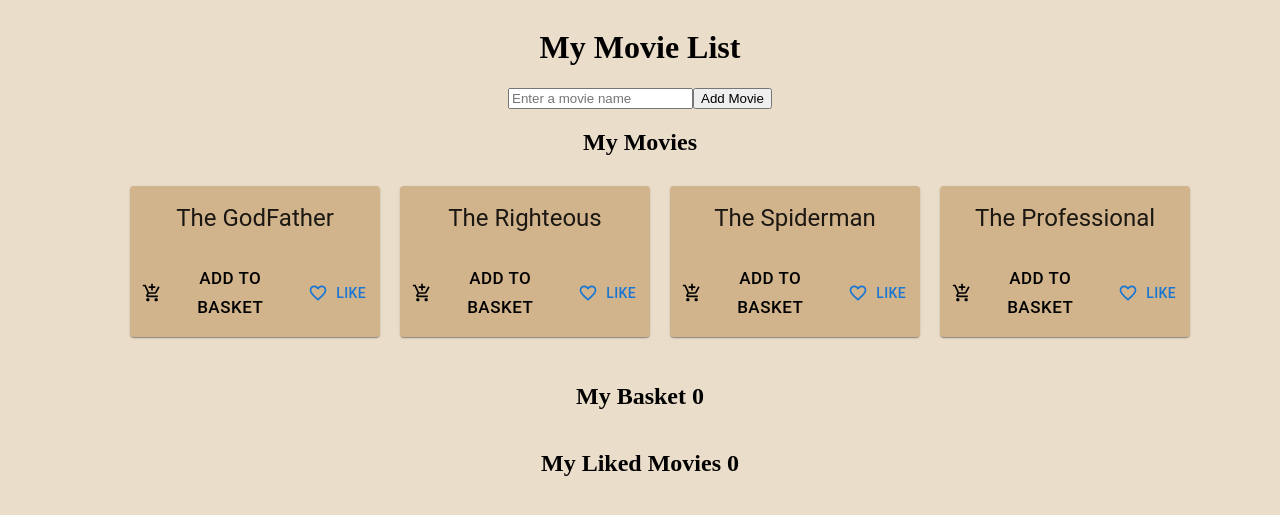
Repository: sinchana-p-iVoyant/redux-movie-store
Page: /
The author's editor kept a copy of each file at every save. The page is drawn from the files as they stood at one save, then again after the next save.
The browser window is 1280 px wide. The pictures show the whole page.
The project was rebuilt for these pictures with package versions that can differ from the ones it lists, and the page was loaded fresh each time. Also part of the build but not shown: vite.config.ts.

Above is the page before, as saved 2024-02-15 12:35:03.

### index.html
<!doctype html>
<html lang="en">
  <head>
    <meta charset="UTF-8" />
    <link rel="icon" type="image/svg+xml" href="/vite.svg" />
    <meta name="viewport" content="width=device-width, initial-scale=1.0" />
    <title>Redux Movie Store</title>
  </head>
  <body>
    <div id="root"></div>
    <script type="module" src="/src/main.tsx"></script>
  </body>
</html>

### src/main.tsx
import React from 'react'
import ReactDOM from 'react-dom/client'
import App from './App.tsx'
// import './index.css'
import store from './store/index';
import { Provider } from 'react-redux'


ReactDOM.createRoot(document.getElementById('root')!).render(
  <React.StrictMode>
    <Provider store={store}>
      <App />
    </Provider>
  </React.StrictMode>,
)

### src/App.tsx
import { useState } from "react";
// import './App.css'
import { useSelector, useDispatch } from "react-redux";
import {Movie} from './store/index'
import {Card, CardComponent, CardActions, Button, Typography, CardContent} from '@mui/material'
import { Favorite, FavoriteBorder, AddShoppingCart, RemoveShoppingCart } from "@mui/icons-material";
import './App.css'

const App = () => {
  const [movieTitle, setMovieTitle] = useState("");

  // 🔥 a. To Trigger from UI.
  const dispatch = useDispatch();

  // 🔥 b. To update the UI, based on state updates in the store.

  // movies state (array)
  // const movies = useSelector(state => state.movies)
  // ------> return value: state.movies

  // Note:
  // The function passed to `useSelector` selects a slice of the state that we are interested in.
  // The function parameter specifies the `structure` of the Redux state object.
  // It's `type` annotated in TypeScript to ensure the type safety.
  // specifying the structure of the Redux state object using TypeScript type annotations enhances code quality, readability, and maintainability while providing additional safety checks and tooling support during development.

  const movies = useSelector(
    (state : {
      movies: { title: string; liked: boolean; inBasket: boolean }[];
    }) => state.movies
  );

  // const basket = useSelector((state) => state.basket);
  const basket = useSelector((state: { basket: string[] }) => state.basket);

  // const likedMovies = useSelector((state) => state.likedMovies);
  const likedMovies = useSelector((state: { likedMovies: string[] }) => state.likedMovies);


  // 4. Action Creator
  const handleAddMovie = () => {
    const newMovie = {
      title: movieTitle,
      inBasket: false,
      liked: false
    }
    dispatch({ type: "ADD_MOVIE", payload: newMovie });
    setMovieTitle(""); // Reset back to Empty String
  };

  const handleAddToBasket = (movie: string) => {
    dispatch({ type: "ADD_TO_BASKET", payload: movie });
  };
  const handleAddToLikedMovies = (movie: string) => {
    dispatch({ type: "ADD_TO_LIKED_MOVIE", payload: movie });
  };

  return (
    <div className="container">
      <div>
        <h1>My Movie List</h1>
      </div>
      <div className="add-movie">
        <input
          type="text"
          placeholder="Enter a movie name"
          value={movieTitle}
          onChange={(e) => setMovieTitle(e.target.value)}
        />
        <button onClick={handleAddMovie}>Add Movie</button>
      </div>
      <div>
        <h2>My Movies</h2>
        <ul className="movie-list">
          {movies.map((movie: Movie, index) => (
            <Card key={index} className="movie-card" style={{backgroundColor: "#D2B48C"}}>
              <CardContent>
                <Typography variant="h5" component='h2'>
                  {movie.title}
                </Typography>
              </CardContent>

              <CardActions >
                <Button style={{ color: 'black', fontSize: '17px' }}
                  startIcon={movie.inBasket ? <RemoveShoppingCart /> : <AddShoppingCart />}
                  onClick={() => handleAddToBasket(movie.title)}>
                  {movie.inBasket ? "Remove From Basket" : "Add To Basket"}
                </Button>
                <Button
                  startIcon={movie.liked ? <Favorite /> : <FavoriteBorder />}
                  onClick={() => handleAddToLikedMovies(movie.title)}>
                  {movie.liked ? "Dislike" : "Like"}
                </Button>
              </CardActions>

            </Card>
          ))}
        </ul>
      </div>
      <div>
        <h2>My Basket {basket.length}</h2>
        <ul>
          {basket.map((basket, index) => (
            <li key={index}>{basket}</li>
          ))}
        </ul>
      </div>
      <div>
        <h2>My Liked Movies {likedMovies.length}</h2>
        <ul>
          {likedMovies.map((likedMovie, index) => (
            <li key={index}>{likedMovie}</li>
          ))}
        </ul>
      </div>
    </div>
  );
};

export default App;

// 1. Save the new movie in the local state.
// 2. Add the new movie in local state to the Store.
// 3. Fetch the movies array, from the store

// 3. a. To display in - My Basket & My Liked Movies

### src/store/index.tsx
import { createStore } from "redux";

export type Movie = {
    title: string,
    inBasket: boolean,
    liked: boolean
}

export type State = {
    movies: Movie[],
    basket: string[],
    likedMovies: string[]
}

type Action =
  | { type: "ADD_MOVIE"; payload: Movie } |
    { type: 'ADD_TO_BASKET', payload: string } |
    { type: "ADD_TO_LIKED_MOVIE", payload: string };

// InitialState
const initialState: State = {
    movies: [
      {title: 'The GodFather', inBasket: false, liked: false},
      {title: 'The Righteous', inBasket: false, liked: false},
      {title: 'The Spiderman', inBasket: false, liked: false},
      {title: 'The Professional', inBasket: false, liked: false},
    ],
    basket: [],
    likedMovies: []
}

// Reducers - Make Immutable Updates
const reducer = (state: State = initialState, action: Action): State => {
  switch (action.type) {
    case 'ADD_MOVIE':
      return {
        ...state,
        movies: [...state.movies, action.payload]
      }
    case 'ADD_TO_BASKET':
      return {
        ...state,
          movies: state.movies.map(movie => movie.title === action.payload ? {...movie, inBasket: !movie.inBasket } : movie),
        basket: state.basket.includes(action.payload) ? state.basket.filter(movie => movie !== action.payload) : [...state.basket, action.payload]
      }
    case 'ADD_TO_LIKED_MOVIE':
      return {
        ...state,
        movies: state.movies.map(movie => movie.title === action.payload ? {...movie, liked: !movie.liked} : movie) ,
        likedMovies: state.likedMovies.includes(action.payload) ? state.likedMovies.filter(movie => movie !== action.payload) :  [...state.likedMovies, action.payload]
      }
    default:
      return state
  }
}

// Store
const store = createStore(reducer)
export default store

// 1. State
// 2. Reducer
// 3. Store

### src/App.css
body {
  background-color: #EADDCA;
}

h1, h2{
  text-align: center;
}

.container {
  display: flex;
  flex-direction: column;
  align-items: center;
  justify-content: center;
}

.movie-list {
  display: flex;
  flex-wrap: wrap;
  justify-content: center;
}

.movie-card {
  width: 250px;
  margin: 10px;
}

.card-content {
  padding: 16px;
}

.card-actions {
  display: flex;
  justify-content: space-between;
}


















/* #root {
  max-width: 1280px;
  margin: 0 auto;
  padding: 2rem;
  text-align: center;
} */

/*
.logo {
  height: 6em;
  padding: 1.5em;
  will-change: filter;
  transition: filter 300ms;
}
.logo:hover {
  filter: drop-shadow(0 0 2em #646cffaa);
}
.logo.react:hover {
  filter: drop-shadow(0 0 2em #61dafbaa);
}

@keyframes logo-spin {
  from {
    transform: rotate(0deg);
  }
  to {
    transform: rotate(360deg);
  }
}

@media (prefers-reduced-motion: no-preference) {
  a:nth-of-type(2) .logo {
    animation: logo-spin infinite 20s linear;
  }
}

.card {
  padding: 2em;
}

.read-the-docs {
  color: #888;
} */

/* ------------------------- */

After the next save:
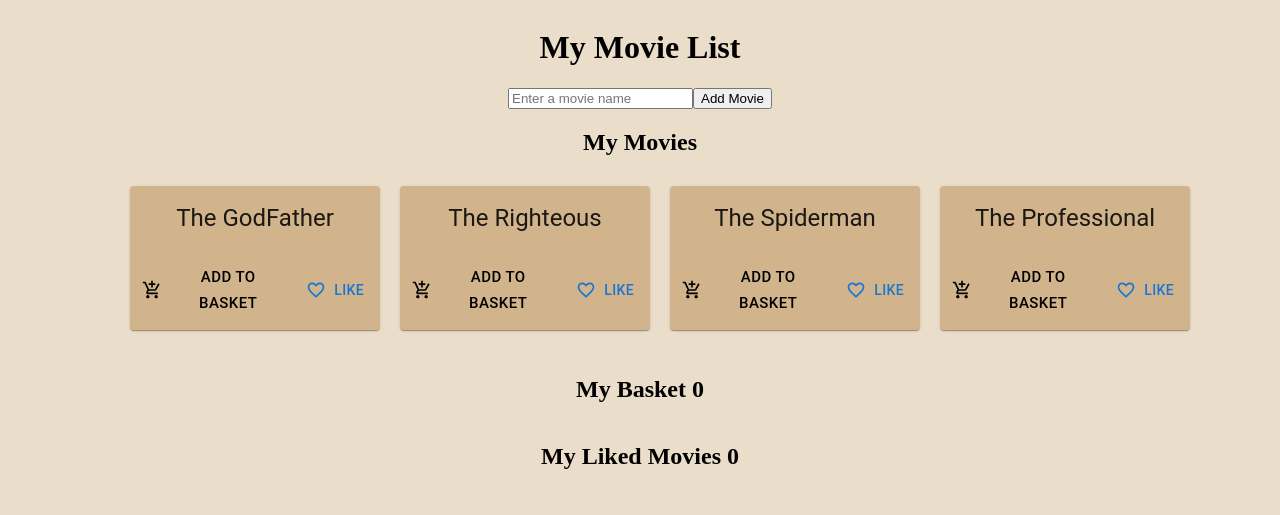
Saved 4 s later.
--- a/src/App.tsx
+++ b/src/App.tsx
@@ -81,7 +81,7 @@ const App = () => {
               </CardContent>
 
               <CardActions >
-                <Button style={{ color: 'black', fontSize: '17px' }}
+                <Button style={{ color: 'black', fontSize: '15px' }}
                   startIcon={movie.inBasket ? <RemoveShoppingCart /> : <AddShoppingCart />}
                   onClick={() => handleAddToBasket(movie.title)}>
                   {movie.inBasket ? "Remove From Basket" : "Add To Basket"}
